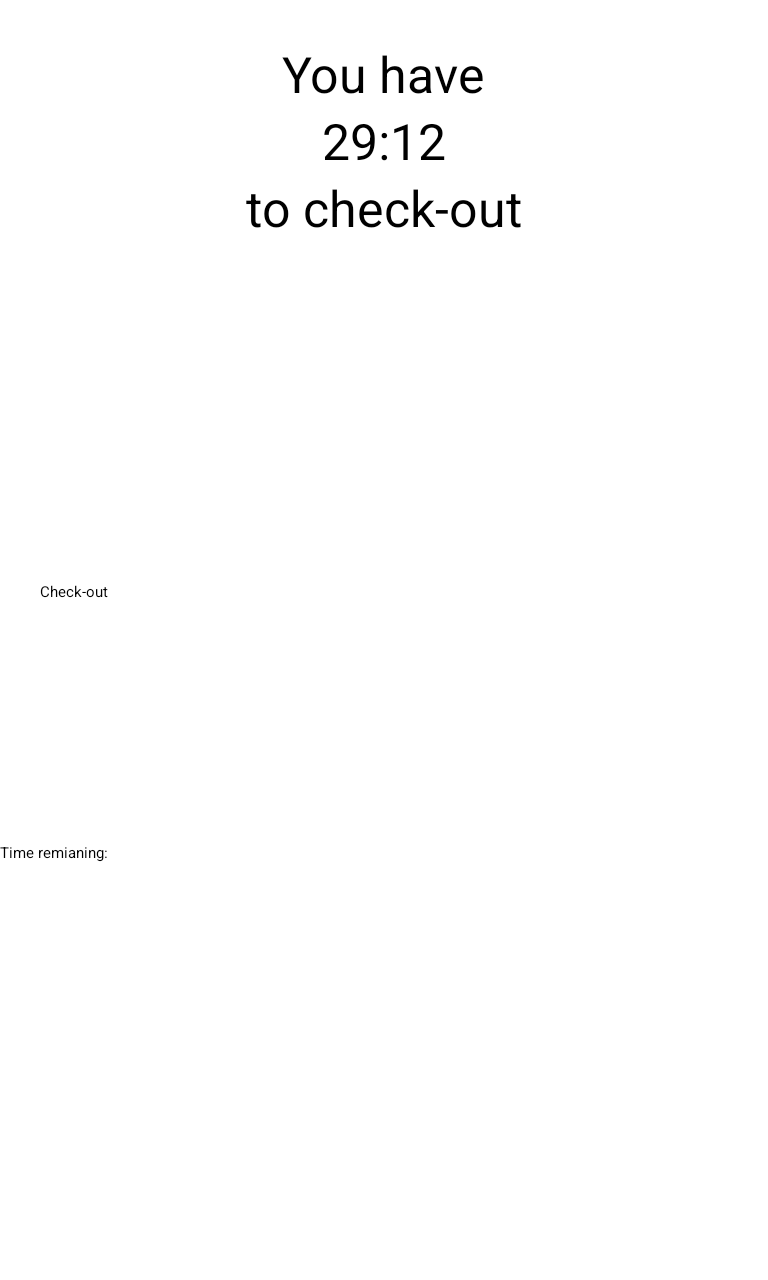
Repository: leo195162839/Test-Repo
Layout: TravelGuardian/res/layout/fragment_count__time__left.xml
An editor plug-in stored every save of this project. The layout is shown before and after the next save, followed by the edit.
It is drawn on a 768 x 1280 px phone screen (xhdpi) without system bars, with theme Theme.Base.AppCompat; the app's code is not run.

Above is the layout before, as saved 2014-06-15 17:58:18.

### TravelGuardian/res/layout/fragment_count__time__left.xml
<?xml version="1.0" encoding="utf-8"?>
<LinearLayout xmlns:android="http://schemas.android.com/apk/res/android"
    android:layout_width="match_parent"
    android:layout_height="match_parent"
    android:orientation="vertical" >

    <TextView
        android:id="@+id/time_left_content1"
        android:layout_width="wrap_content"
        android:layout_height="wrap_content"
        android:layout_gravity="center"
        android:textSize="25sp"
        android:paddingTop="20sp"
        android:text="@string/count_time_left1" />

    <!-- need to change to count down timer -->
     <TextView
        android:id="@+id/count_down_timer"
        android:layout_width="wrap_content"
        android:layout_height="wrap_content"
        android:layout_gravity="center"
        android:textSize="25sp"
        android:text="@string/count_down_timer" />

      <TextView
        android:id="@+id/time_left_content2"
        android:layout_width="wrap_content"
        android:layout_height="wrap_content"
        android:layout_gravity="center"
        android:textSize="25sp"
        android:paddingBottom="150sp"
        android:text="@string/count_time_left2" />

    <Button
        android:layout_width="fill_parent"
        android:layout_height="wrap_content"
        android:padding="20sp"
        android:paddingBottom="100sp"
        android:onClick="checkedOut"
        android:text="@string/button_checkout" />

    <TextView
        android:id="@+id/time_remianing"
        android:layout_width="wrap_content"
        android:layout_height="wrap_content"
        android:layout_marginTop="100sp"
        android:text="@string/time_remianing" />

    <ProgressBar
        android:id="@+id/progressBar1"
        style="?android:attr/progressBarStyleHorizontal"
        android:layout_width="fill_parent"
        android:layout_height="wrap_content" />

</LinearLayout>

### TravelGuardian/res/values/strings.xml
<?xml version="1.0" encoding="utf-8"?>
<resources>

    <string name="app_name">Travel Guardian</string>
    <string name="hello_world">Hello world!</string>
    <string name="action_settings">Settings</string>
    <string name="button_login">Login</string>
    <string name="title_activity_start">Travel Guardian</string>
    <string name="logged_in_as">Logged in as</string>
    <string name="username">name@domain.com</string>
    <string name="button_sign_out">Sign Out</string>
    <string name="button_start">Start a Trip</string>
    <string name="title_activity_data_entry">Travel Guardian: Start a Trip</string>
    <string name="textView_emergency_contacts">Who would you like to contact in the event of an emergency?</string>
    <string name="edit_contacts">Enter an email address</string>
    <string name="textView_destination">Where will you be traveling to?</string>
    <string name="edit_destination">Enter location name or coordinates</string>
    <string name="textView_host">What is your host contact?</string>
    <string name="edit_host">Enter hotel/host contact info</string>
    <string name="textView_pingFrequency">GPS Ping Frequency: 0 hour(s)</string>
    <string name="button_setDate">Set Return Date</string>
    <string name="button_setTime">Set Return Time</string>
    <string name="button_startTrip">Start Trip</string>
    <string name="count_time_left1">You have</string>
    <string name="count_down_timer">29:12</string>
    <string name="time_remianing">Time remianing:</string>
    <string name="count_time_left2">to check-out</string>
    <string name="button_checkout">Check-out</string>
    <string name="title_activity_count__time__left">Count_Time_Left</string>
    <string name="title_activity_checked_out">CheckedOut</string>
    <string name="title_activity_broadcast">Broadcast</string>
    <string name="Sent_Notification">The following Emergency Broadcast Message has been sent to you emergency contact.</string>
    <string name="Broadcast_Message">TRAVEL GUARDIAN EMERGENCY NOTIFICATION:
                                     \nJane Doe failed to check out at 8:00pm.
                                     \nReported Destination: Vanoise National Park, Savoie, France
                                     \nLast GPS Ping: 41° 24\' 12.1674", 2° 10\' 26.508
                                     \n@ 7:45pm UTC 05/12/2014
                                     \nHost Contact: Hotel, (123) 281-2729</string>
    <string name="Congrats"><b>Congratulations!\nChecked Out Succefully!</b></string>

</resources>

After the next save:
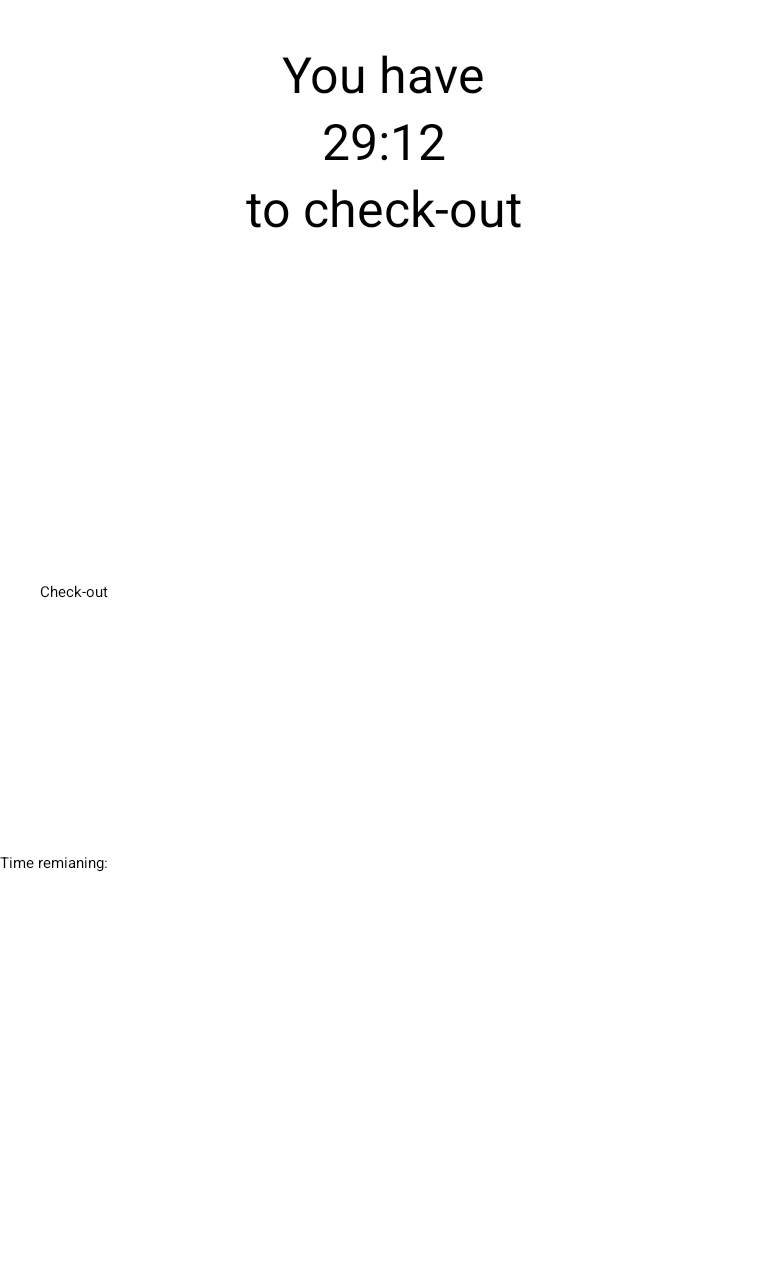
Saved 7 s later.
--- a/TravelGuardian/res/layout/fragment_count__time__left.xml
+++ b/TravelGuardian/res/layout/fragment_count__time__left.xml
@@ -43,7 +43,7 @@
         android:id="@+id/time_remianing"
         android:layout_width="wrap_content"
         android:layout_height="wrap_content"
-        android:layout_marginTop="100sp"
+        android:layout_marginTop="105sp"
         android:text="@string/time_remianing" />
 
     <ProgressBar
